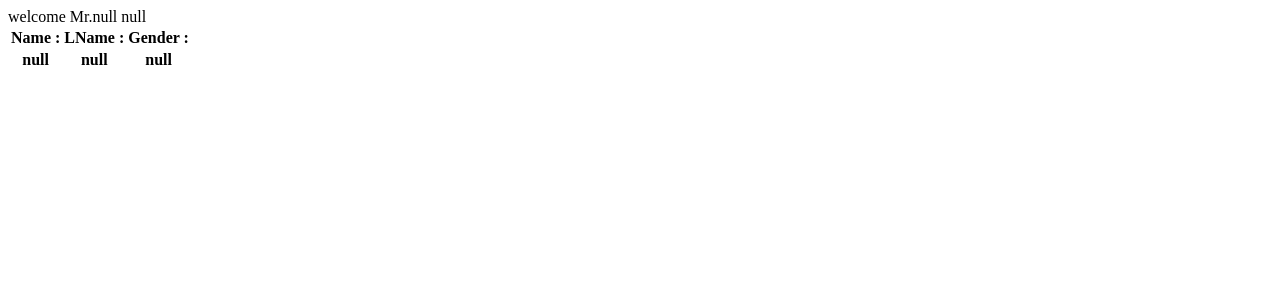
Repository: akale1992/Learning-HIBERNATE-SERVLETS
Page: http://localhost/jspdemo/
The author's editor kept a copy of each file at every save. The page is drawn from the files as they stood at one save, then again after the next save.
The browser window is 1280 px wide. The pictures show the whole page.
The page is served by Tomcat 9.

Above is the page before, as saved 2015-09-15 04:43:51.

### jspdemo/WebContent/index.jsp
<%@ page language="java" contentType="text/html; charset=ISO-8859-1"
    pageEncoding="ISO-8859-1"%>
<!DOCTYPE html PUBLIC "-//W3C//DTD HTML 4.01 Transitional//EN" "http://www.w3.org/TR/html4/loose.dtd">
<html>
<head>
<meta http-equiv="Content-Type" content="text/html; charset=ISO-8859-1">
<title>Insert title here</title>
</head>
<body>
<% String fname = request.getParameter("fname");
   String lname = request.getParameter("lname");
   String gender = request.getParameter("r1");
   String course1 = request.getParameter("c1");
   String course2 = request.getParameter("c2");

   out.print("welcome Mr."+fname+" "+lname);
%>
<table>
<tr><th>Name :</th>
<th> LName :</th>
<th>Gender :</th>
</tr>
<tr><th><%=fname %></th>
<th> <%=lname %></th>
<th><%=gender %></th>
</tr>
</table>

</body>
</html>

After the next save:
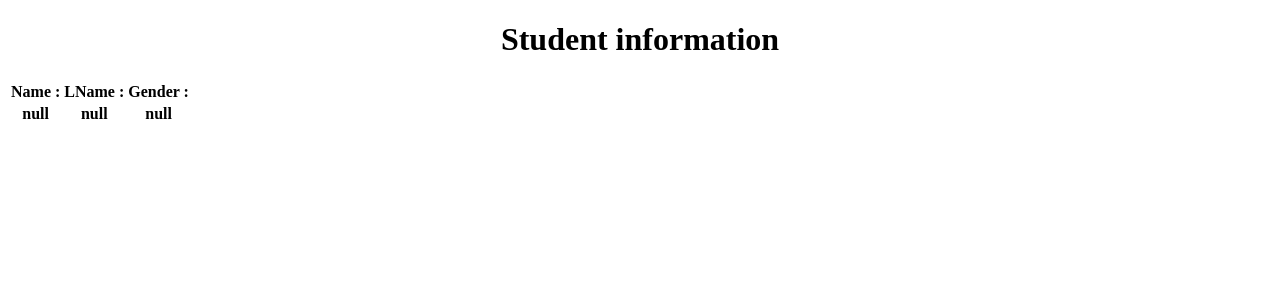
Saved 63 s later.
--- a/jspdemo/WebContent/index.jsp
+++ b/jspdemo/WebContent/index.jsp
@@ -13,8 +13,9 @@
    String course1 = request.getParameter("c1");
    String course2 = request.getParameter("c2");
 
-   out.print("welcome Mr."+fname+" "+lname);
+
 %>
+<center><h1> Student information </h1></center>
 <table>
 <tr><th>Name :</th>
 <th> LName :</th>
